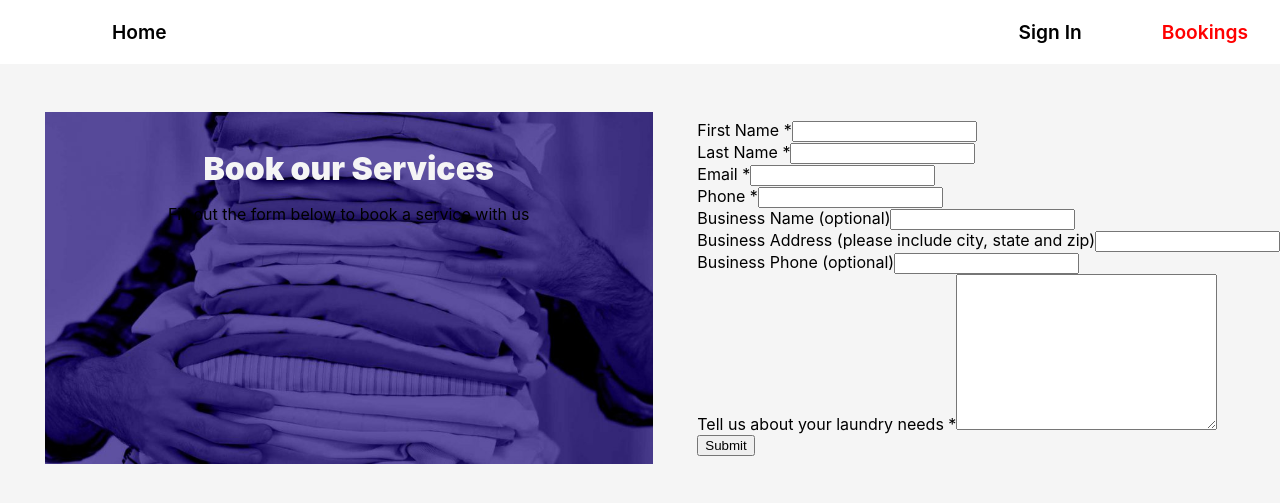
Repository: MikkyPrestige/fake-user-authentication
Page: /booking
An editor plug-in stored every save of this project. The page is shown before and after the next save, followed by the edit.
The browser window is 1280 px wide. The pictures show the whole page.
The project was rebuilt for these pictures with package versions that can differ from the ones it lists, and the page was loaded fresh each time. Also part of the build but not shown: src/assets/styles/home.css, src/components/home.jsx.

Above is the page before, as saved 2022-11-20 03:14:51.

After the next save:
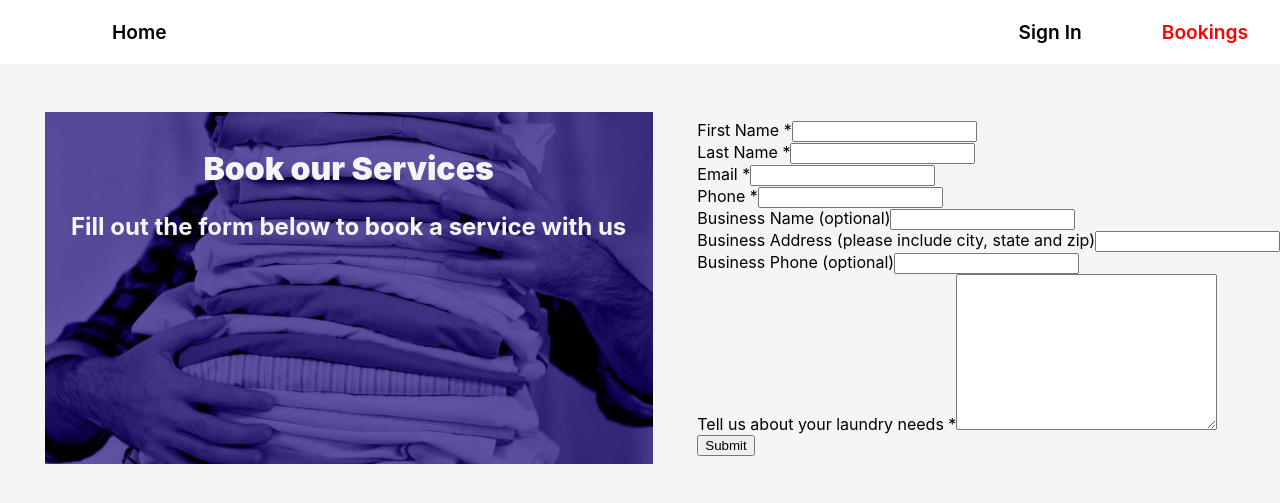
Saved 17 s later.
--- a/src/assets/styles/booking.css
+++ b/src/assets/styles/booking.css
@@ -28,3 +28,9 @@
   color: #f5f5f5;
   margin-bottom: 1rem;
 }
+
+.booking__description {
+  font-size: 1.5rem;
+  font-weight: 700;
+  color: #f5f5f5;
+}
